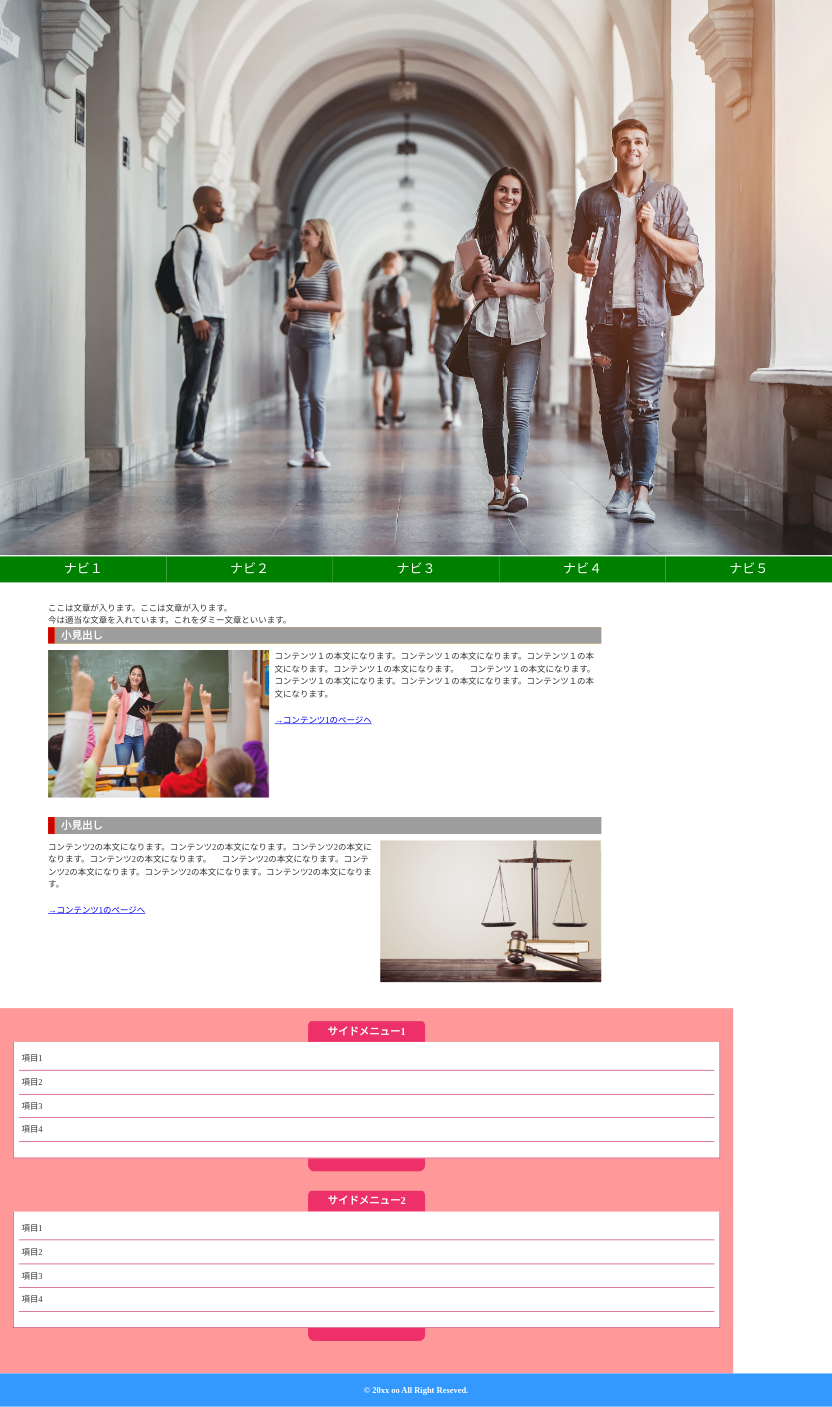
Repository: nekonoko114/samurai_HTML-CSS
Page: home.html
The author's editor kept a record of every edit. The page is drawn from the files as they stood at one moment, then again after the next edit.
The browser window is 1280 px wide. The pictures show the whole page, at 65% of full size.
Pictures or frames that could not be fetched are drawn as grey boxes.

Above is the page before.

After the next edit:
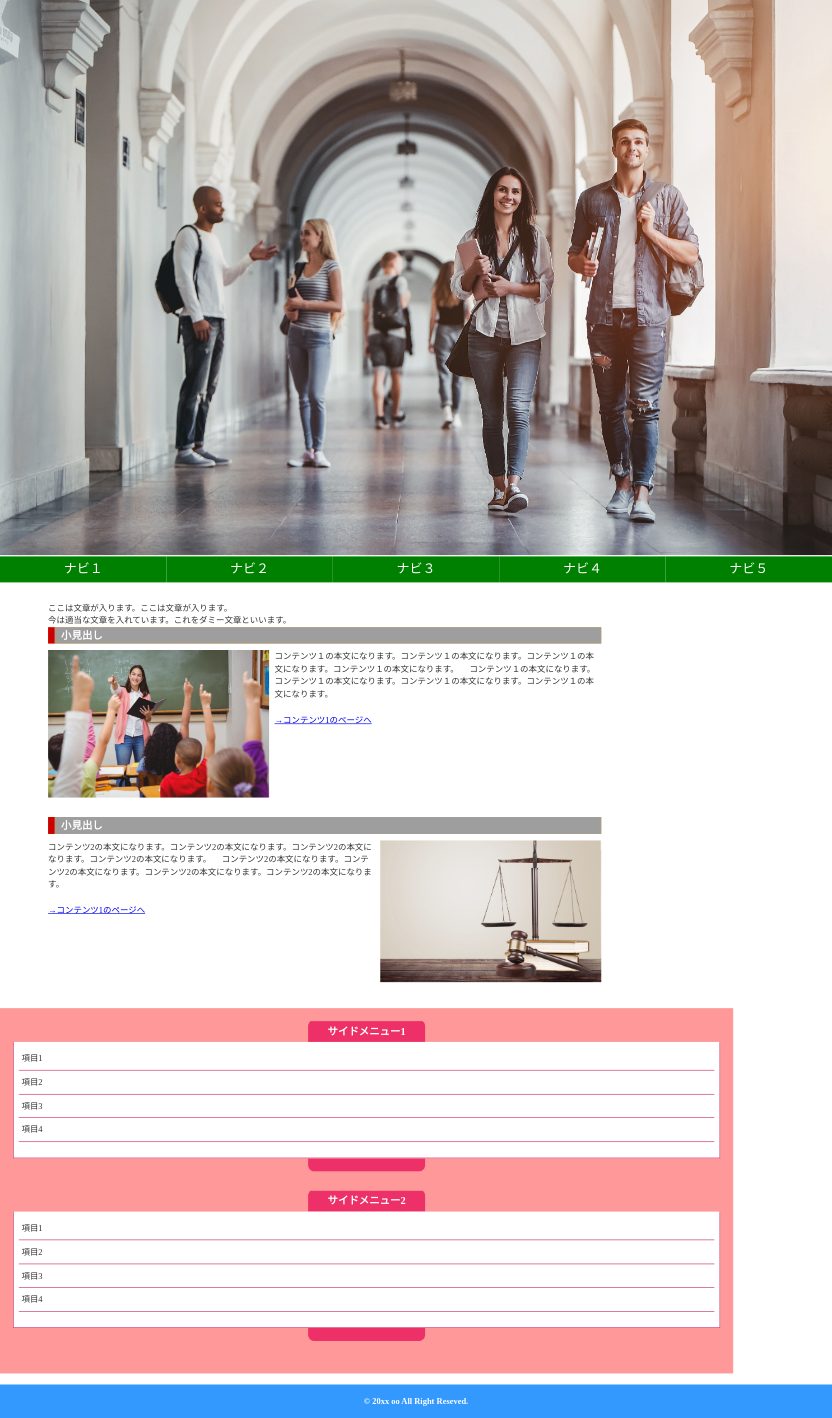
The edit:
--- a/home.html
+++ b/home.html
@@ -70,6 +70,16 @@
            </div>
      </div>
 
+
+    <div id="sort">
+        <h1></h1>
+        <h1></h1>
+        <h1></h1>
+        <h1></h1>
+    </div>
+
+
+
      <div id="footer">
            <p>&copy; 20xx oo All Right Reseved.</p>
      </div>
